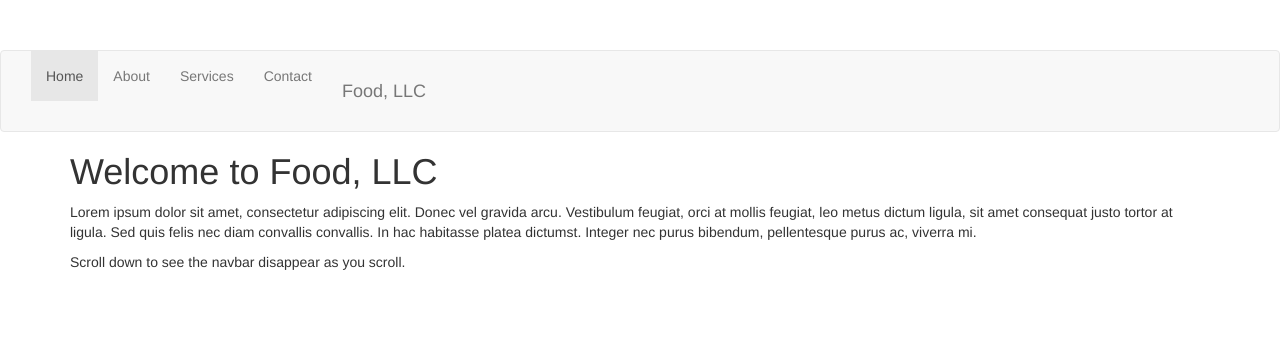
Repository: imen-chabchoub/coursera-test1
Page: mod3-solution/index.html
An editor plug-in stored every save of this project. The page is shown before and after the next save, followed by the edit.
The browser window is 1280 px wide. The pictures show the whole page.

Above is the page before, as saved 2025-02-12 14:22:22.

After the next save:
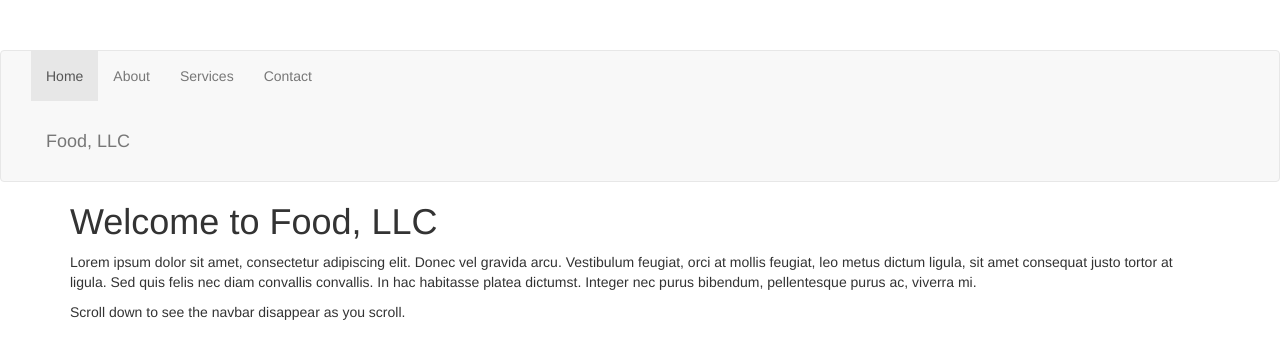
Saved 13 s later.
--- a/mod3-solution/css/style.css
+++ b/mod3-solution/css/style.css
@@ -5,3 +5,8 @@ body {
 .navbar {
     margin-bottom: 0;
 }
+
+.navbar-text {
+    text-align: center;
+    width: 100%;
+}
